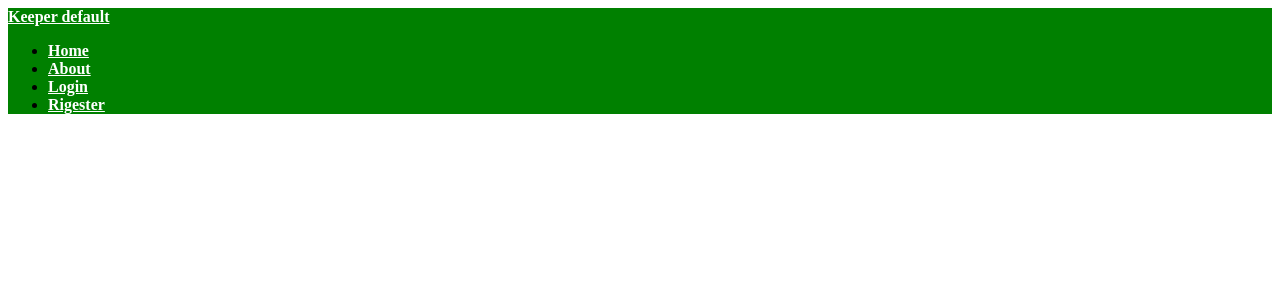
Repository: 3bdulrahman/contact-keeper
Page: / (app in client/)
These files come from the project's save history. The page is drawn as it stood at one moment and after the next save; the edit follows.
The browser window is 1280 px wide. The pictures show the whole page.
The project was rebuilt for these pictures with package versions that can differ from the ones it lists, and the page was loaded fresh each time.

Above is the page before, as saved 2020-03-29 20:45:20.

After the next save:
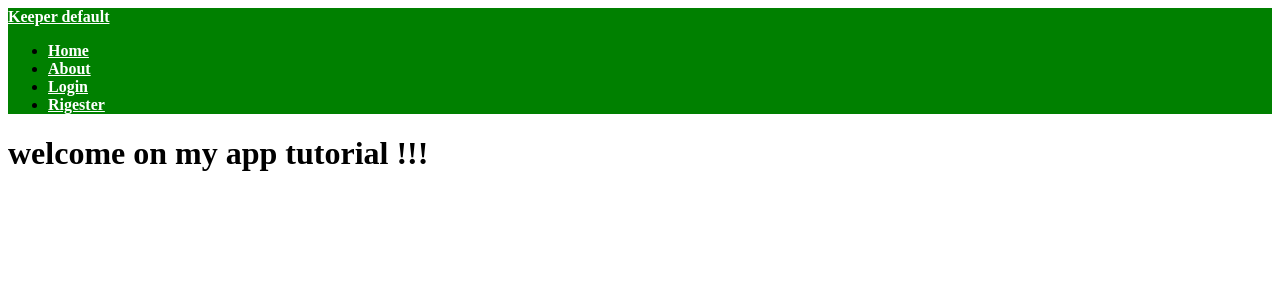
Saved 24 s later.
--- a/client/src/App.js
+++ b/client/src/App.js
@@ -6,6 +6,7 @@ const  App = ()=> {
   return (
     <div className="App">
          <Navbar   />
+         <h1>welcome on my app tutorial !!! </h1>
     </div>
   );
 }
